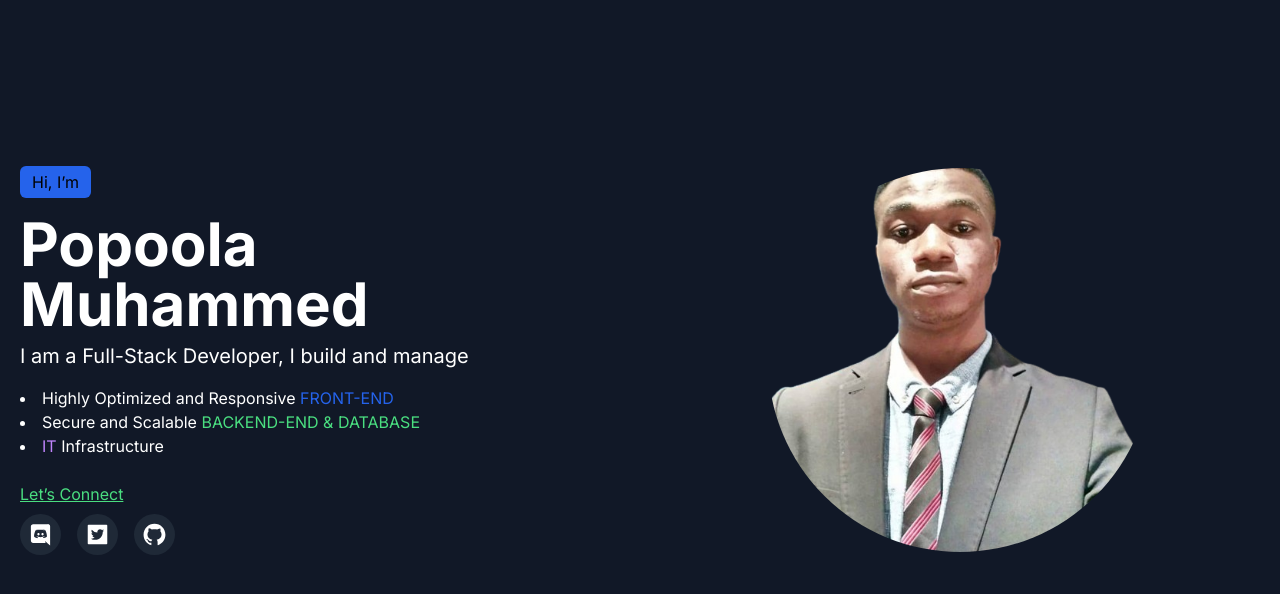
Repository: muhammedctgr/hammedctgr
Page: /
The author's editor kept a copy of each file at every save. The page is drawn from the files as they stood at one save, then again after the next save.
The browser window is 1280 px wide. The pictures show the whole page.
The project was rebuilt for these pictures with package versions that can differ from the ones it lists, and the page was loaded fresh each time. The framework's server and built-in components were replaced by stand-ins that run in the browser. Also part of the build but not shown: next.config.mjs.

Above is the page before, as saved 2024-07-29 19:46:48.

After the next save:
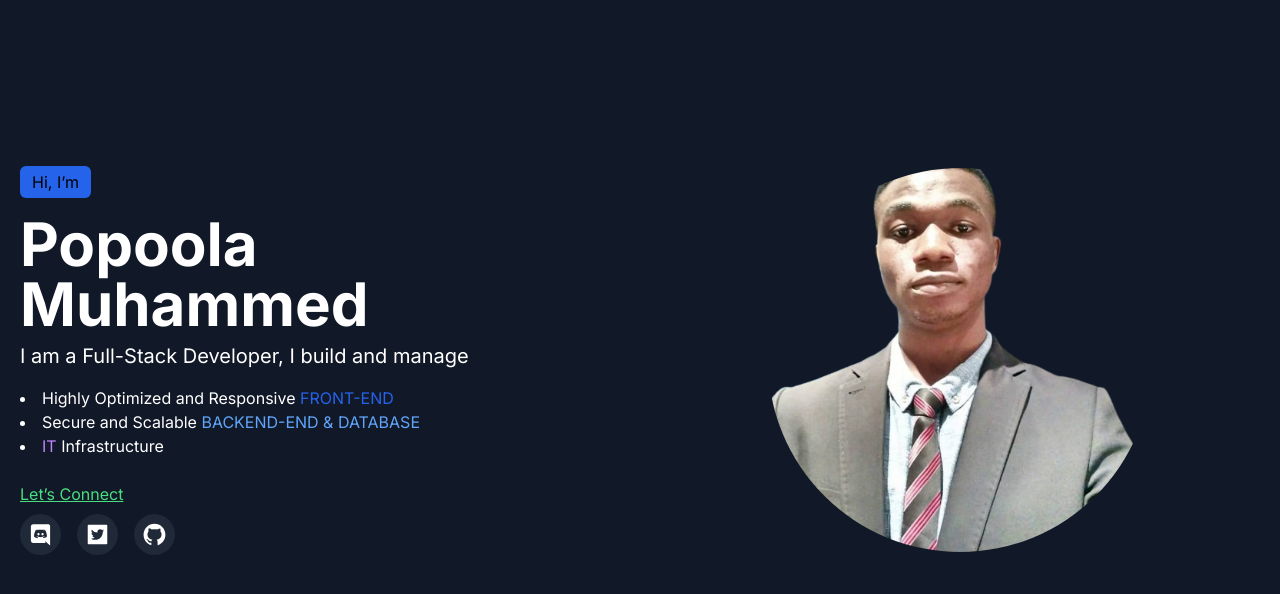
Saved 6 s later.
--- a/components/Hero.tsx
+++ b/components/Hero.tsx
@@ -14,7 +14,7 @@ const Hero = () => {
           <p className="mt-2 text-lg md:text-xl">I am a Full-Stack Developer, I build and manage</p>
           <ul className="mt-4 list-disc list-inside">
             <li>Highly Optimized and Responsive <span className="text-blue-600">FRONT-END</span></li>
-            <li>Secure and Scalable <span className="text-green-400">BACKEND-END & DATABASE</span></li>
+            <li>Secure and Scalable <span className="text-blue-400">BACKEND-END & DATABASE</span></li>
             <li><span className="text-purple-400">IT</span> Infrastructure</li>
           </ul>
           <div className="mt-6">
